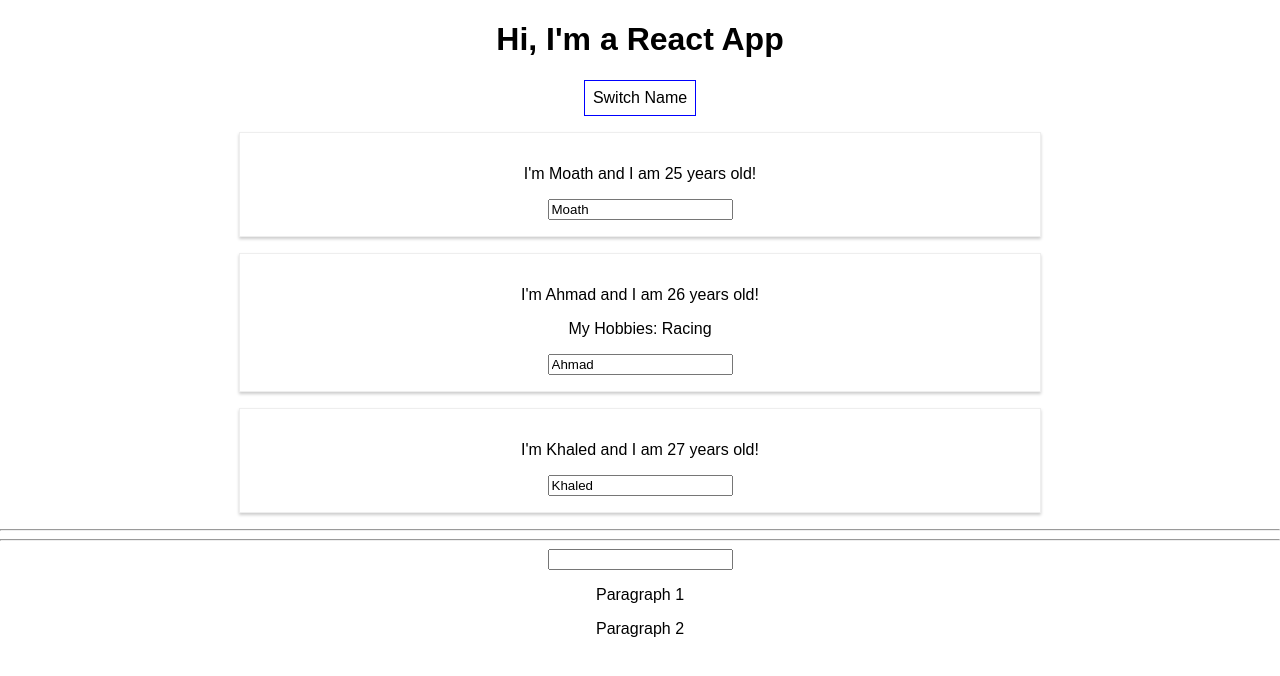
Repository: MuathYHKefayah/React-Basics
Page: /
An editor plug-in stored every save of this project. The page is shown before and after the next save, followed by the edit.
The browser window is 1280 px wide. The pictures show the whole page.
The project was rebuilt for these pictures with package versions that can differ from the ones it lists, and the page was loaded fresh each time.

Above is the page before, as saved 2020-12-12 08:45:44.

### src/App.js
import React, { Component } from 'react';
import './App.css';
import Person from './Person/Person';
import UserInput from './UserInput/UserInput';
import UserOutput from './UserOutput/UserOutput';

class App extends Component {
  state = {
     persons: [
       { name:'Moath', age: 25},
       { name:'Ahmad', age: 26},
       { name:'Khaled', age: 27},
     ]
  }

  switchNameHandler  = (newName, newAge) => {
    //Don't Do This: this.state.persons[0].name = "Max";
    this.setState({
      persons: [
        { name:newName, age: 25},
        { name:'Ahmad', age: 26},
        { name:'Khaled', age: newAge},
      ]
    })
  }

  nameChangedHandler = (event) => {
    this.setState({
      persons: [
        { name:'Moath', age: 25},
        { name: event.target.value, age: 26},
        { name:'Khaled', age: 27},
      ]
    })
  }

  render() {
    const style = {
      backgroundColor: 'white',
      font: 'inherit',
      border: '1px solid blue',
      padding: '8px',
      cursor: 'pointer'
    };

    return (
      // jsx \\ write html code in js file
      <div className="App">
        <h1>Hi, I'm a React App</h1>
        <button
          style={style}
          onClick={() => this.switchNameHandler('Moath!!', 30)}>Switch Name</button>
        <Person name={this.state.persons[0].name} age={this.state.persons[0].age}/>
        <Person
          name={this.state.persons[1].name}
          age={this.state.persons[1].age}
          click={this.switchNameHandler.bind(this, 'Moath!', 40)}
          changed={this.nameChangedHandler}
          >My Hobbies: Racing</Person>
        <Person name={this.state.persons[2].name} age={this.state.persons[2].age}/>
        <hr/>
        <hr/>
        <UserInput />
        <UserOutput />
      </div>
    );
    //return React.createElement('div', {className: 'App'} , React.createElement('h1', null , 'Hi, I\'m a React App !!!' ))
  }
}

export default App;

### src/Person/Person.js
import React from 'react';
import './Person.css';

const person = (props) => {
    return (
        <div className="Person">
            <p onClick={props.click}>I'm {props.name} and I am {props.age} years old!</p>
            <p>{props.children}</p>
            <input type="text" onChange={props.changed} value={props.name}/>
        </div>
    )
};

export default person;

### src/UserInput/UserInput.js
import { Component } from 'react';


class UserInput extends Component{
    render(){
        return(
            <div className="UserInput">
                <input type="text"/>
            </div>

        );
    }
}

export default UserInput;

### src/UserOutput/UserOutput.js
import react, { Component } from 'react';

class UserOutput extends Component {
    render(){
        return(
            <div>
                <p>Paragraph 1</p>
                <p>Paragraph 2</p>
            </div>
        );
    }
}

export default UserOutput;

Loaded but not shown: public/index.html (common file); src/index.js (common file); src/index.css (common file); src/registerServiceWorker.js (common file); src/App.css (common file); src/Person/Person.css (common file)

After the next save:
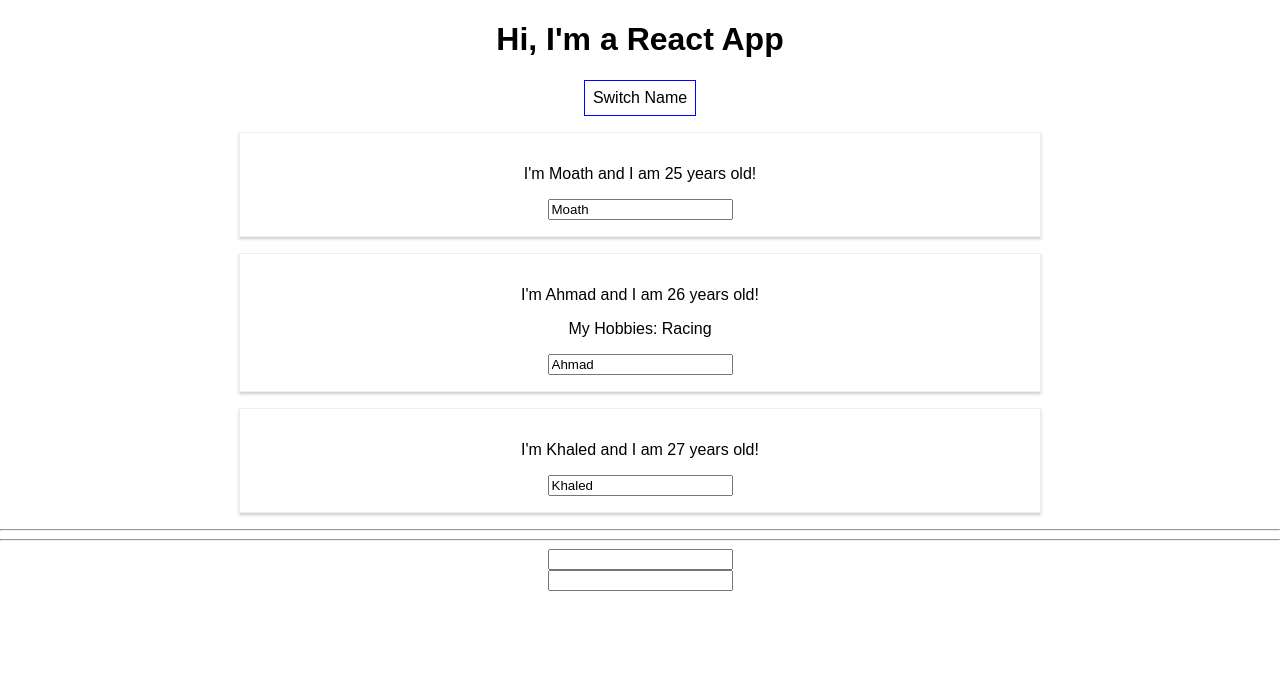
Saved 33 s later.
--- a/src/UserOutput/UserOutput.js
+++ b/src/UserOutput/UserOutput.js
@@ -1,14 +1,30 @@
-import react, { Component } from 'react';
+// import { Component } from 'react';
 
-class UserOutput extends Component {
+// class UserOutput extends Component {
+//     render(){
+//         return(
+//             <div>
+//                 <p>Paragraph 1</p>
+//                 <p>Paragraph 2</p>
+//             </div>
+//         );
+//     }
+// }
+
+// export default UserOutput;
+
+import { Component } from 'react';
+
+
+class Usernput extends Component{
     render(){
         return(
-            <div>
-                <p>Paragraph 1</p>
-                <p>Paragraph 2</p>
+            <div className="UserInput">
+                <input type="text"/>
             </div>
+
         );
     }
 }
 
-export default UserOutput;
+export default Usernput;

After the 4 saves that followed:
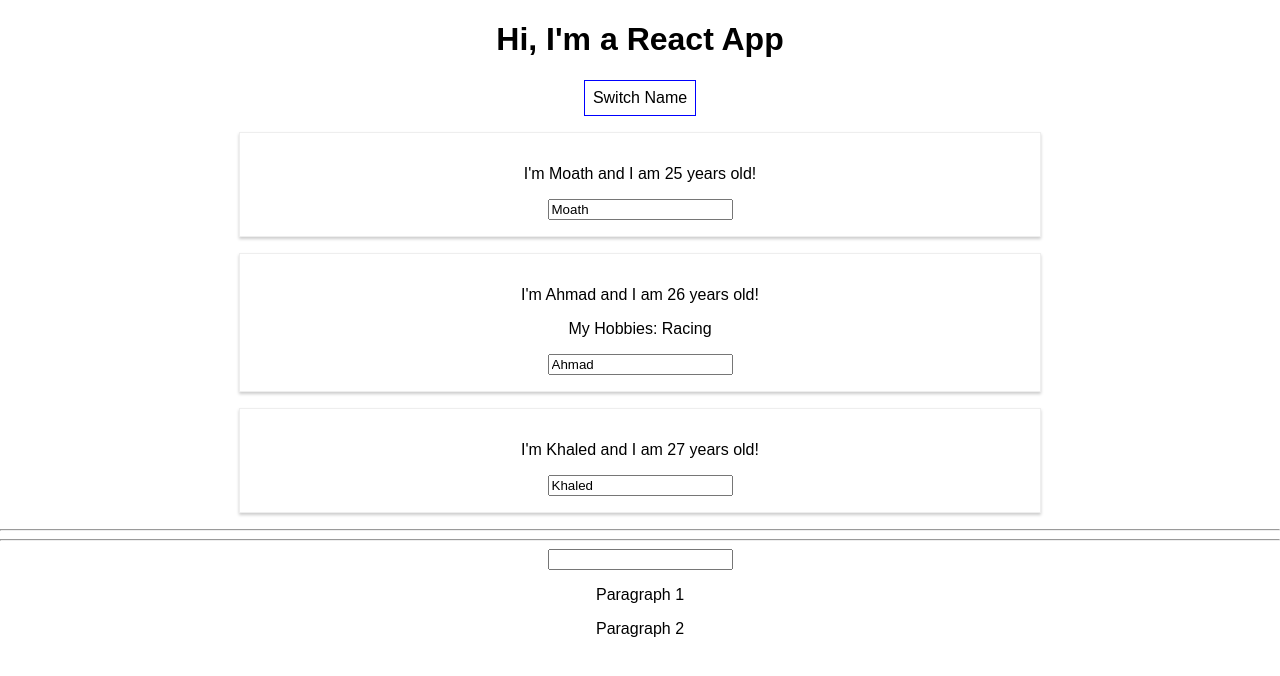
The 4 saves are shown as one change because 2 did not build or start and 1 left the picture as it was.
The last was saved 85 s later.
--- a/src/UserOutput/UserOutput.js
+++ b/src/UserOutput/UserOutput.js
@@ -1,30 +1,14 @@
-// import { Component } from 'react';
-
-// class UserOutput extends Component {
-//     render(){
-//         return(
-//             <div>
-//                 <p>Paragraph 1</p>
-//                 <p>Paragraph 2</p>
-//             </div>
-//         );
-//     }
-// }
-
-// export default UserOutput;
-
 import { Component } from 'react';
 
-
-class Usernput extends Component{
+class UserOutput extends Component {
     render(){
         return(
-            <div className="UserInput">
-                <input type="text"/>
+            <div className="UserOutput">
+                <p>Paragraph 1</p>
+                <p>Paragraph 2</p>
             </div>
-
         );
     }
 }
 
-export default Usernput;
+export default UserOutput;
